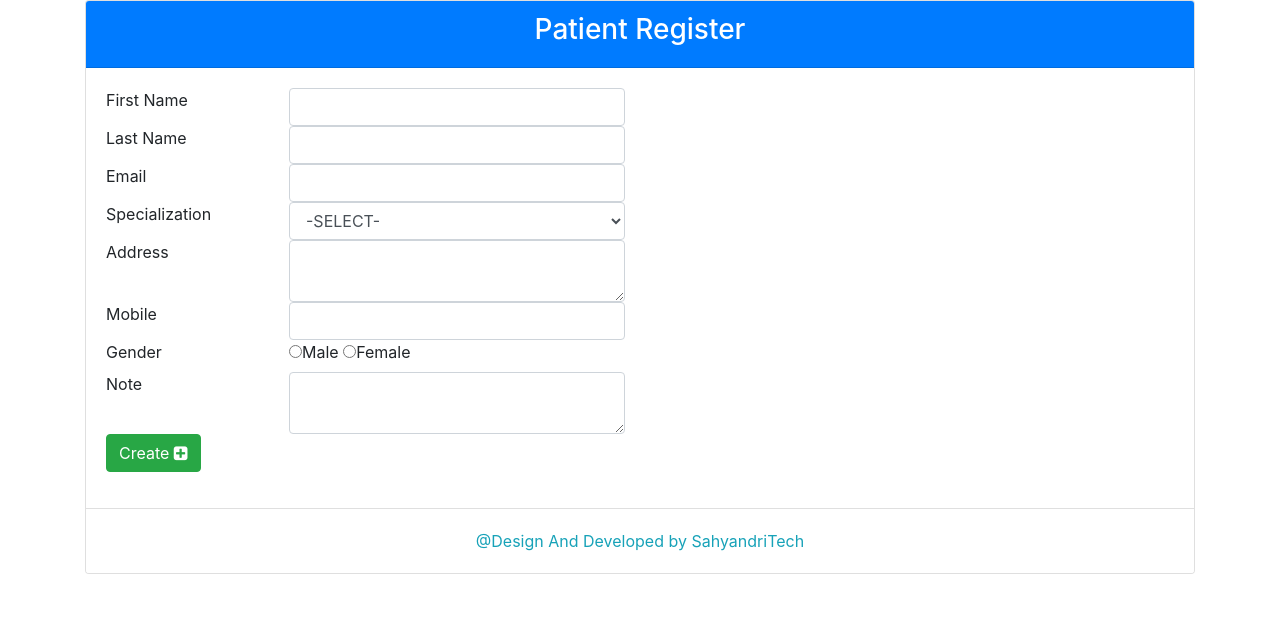
Repository: AmolRajuru11/HealthCareEx
Page: http://localhost/PatientRegister
An editor plug-in stored every save of this project. The page is shown before and after the next save, followed by the edit.
The browser window is 1280 px wide. The pictures show the whole page.
The page is this project's Thymeleaf template; nobody is signed in. The template is opened directly, without the code that normally fills it, so the values that code supplies are empty.

Above is the page before, as saved 2021-10-19 13:05:45.

After the next save:
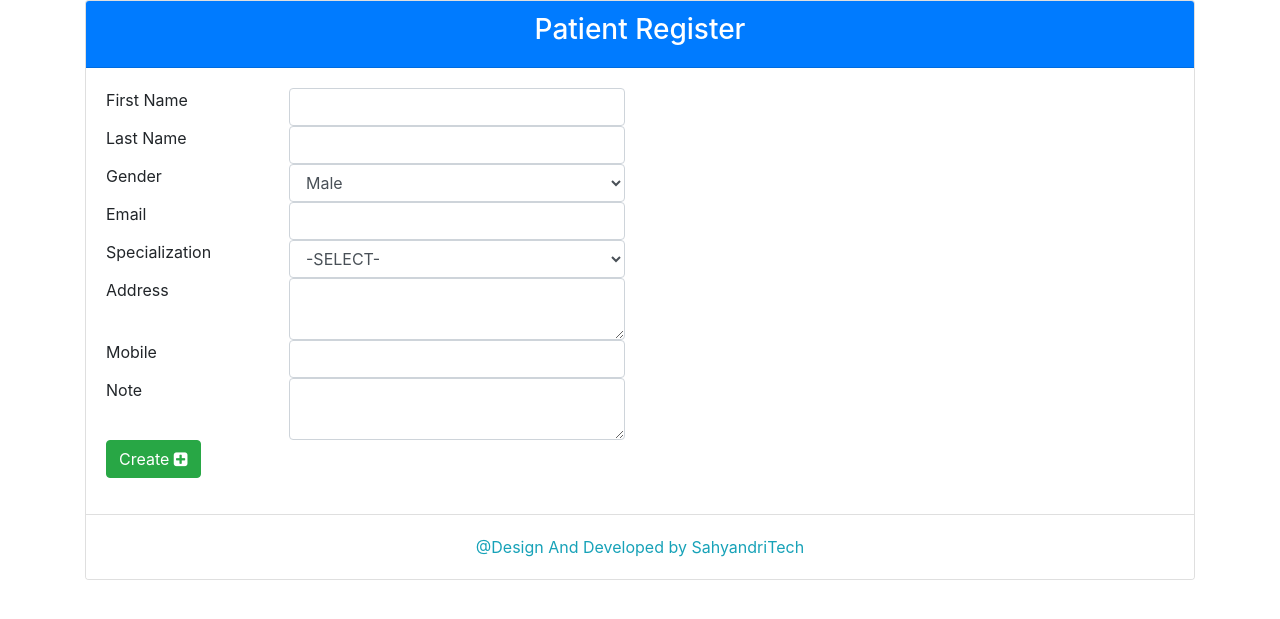
Saved 5 min 21 s later.
--- a/HeathCare/src/main/resources/templates/PatientRegister.html
+++ b/HeathCare/src/main/resources/templates/PatientRegister.html
@@ -16,6 +16,7 @@
 			</div>
 			<div class="card-body">
 				<form th:action="@{/patient/save}" method="POST" id="specRegForm">
+
 					<!--row #1-->
 					<div class="row">
 						<div class="col-2">
@@ -44,8 +45,24 @@
 						</div>
 					</div>
 
+					<!-- row #3 -->
+					<div class="row">
+						<div class="col-2">
+							<label for="gender">Gender</label>
+						</div>
+						<div class="col-4">
+							<select name="gender" id="gender" class="form-control">
+								<option value="Male">Male</option>
+								<option value="Female">Female</option>
+								<option value="Other">Other</option>
+							</select>
+						</div>
+						<div class="col-6">
+							<span id="genderError"></span>
+						</div>
+					</div>
 
-					<!-- row #3 -->
+					<!-- row #4 -->
 					<div class="row">
 						<div class="col-2">
 							<label for="email">Email</label>
@@ -102,20 +119,6 @@
 						</div>
 					</div>
 
-					<!-- row #6 -->
-					<div class="row">
-						<div class="col-2">
-							<label for="gender">Gender</label>
-						</div>
-						<div class="col-4">
-							<input type="radio" name="gender" id="gender1" value="Male" />Male
-							<input type="radio" name="gender" id="gender2" value="Female" />Female
-						</div>
-						<div class="col-6">
-							<span id="genderError"></span>
-						</div>
-					</div>
-
 					<!--row #7-->
 					<div class="row">
 						<div class="col-2">
